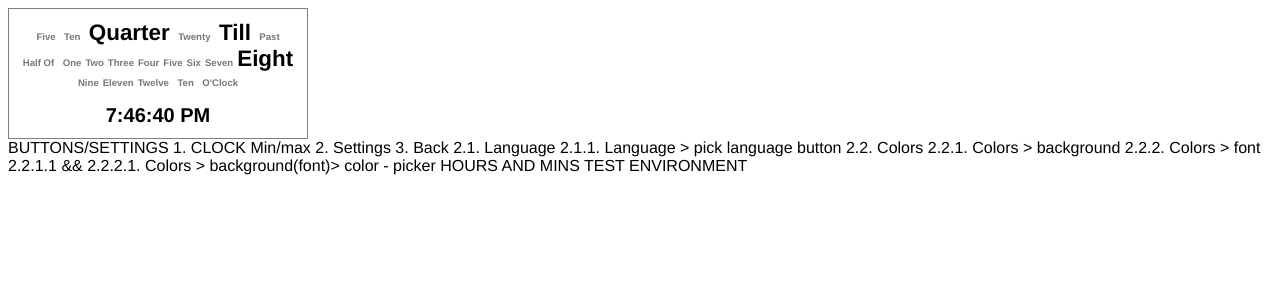
Repository: Skaidrius/WordClock
Page: index.html
The author's editor kept a record of every edit. The page is drawn from the files as they stood at one moment, then again after the next edit.
The browser window is 1280 px wide. The pictures show the whole page.
Some web libraries are served in a nearby version.

Above is the page before.

### index.html
<!DOCTYPE html>
<html>

<head>
    <meta charset="UTF-8">
    <title>Laikrodukas</title>
    <link type="text/css" rel="stylesheet" href="style.css"></link>
    <link type="text/css" rel="stylesheet" href="bower_components/ng-picky/src/style.css"></link>
</head>

<body ng-app="clockApp" ng-init="en=true; change=false">

    <div >
        <!--CLOCKS-->
        <!--clock english-->
        <clock-en ng-show='en'
            ng-click="  change=!change;
                        sets=false;
                        color=false;
                        picker=false;
                        lang=false"
            ng-init="   init();
                        timeEn.showClassName='active';
                        timeEn.hiddenClassName='passive';
                        change=false;
                        picker=false">
        </clock-en>
        <!--clock lithuanian-->
        <clock-lt ng-show="lt"
            ng-click="  change=!change;
                        sets=false;
                        color=false;
                        picker=false;
                        lang=false"
            ng-init="   init();
                        timeLt.showClassName='active';
                        timeLt.hiddenClassName='passive';
                        change=false;
                        picker=false">
        </clock-lt>
    </div>

    <!--<clock-buttons></clock-buttons>-->
    <div>
        BUTTONS/SETTINGS

        1. CLOCK Min/max
        <button ng-show="change">
            <span ng-show="lt" ng-click="timeLt.changeClass(); change=!change">Max/Min</span>
            <span ng-show="en" ng-click="timeEn.changeClass(); change=!change">Max/Min</span>
        </button>

        2. Settings
        <button ng-show="change" ng-init="en=true" ng-click="sets=!sets; color=false; lang=false; picker=false">
            <span ng-show="lt">Nustatymai</span>
            <span ng-show="en">Settings</span>
        </button>

        3. Back
        <button ng-show="change" ng-init="en=true" ng-click="change=!change; sets=false">
            <span ng-show="lt">Laikrodis</span>
            <span ng-show="en">ClockView</span>
        </button>

        2.1. Language
        <button ng-show="change && sets" ng-click="lang=!lang; color=false">
            <span ng-show="lt">Kalba</span>
            <span ng-show="en">Language</span>
        </button>

        2.1.1. Language > pick language button
        <button ng-show="change && sets && lang">
            <span ng-show="lt" ng-click="en=true; lt=false; change=!change">En</span>
            <span ng-show="en" ng-click="en=false; lt=true; change=!change">Lt</span>
        </button>

        2.2. Colors
        <button ng-show="change && sets" ng-click="color=!color; lang=false">
            <span ng-show="lt">Spalvos</span>
            <span ng-show="en">Color</span>
        </button>

        2.2.1. Colors > background
        <button ng-show="change && sets && color" ng-click="picker=!picker">
            <span ng-show="lt">Fonas</span>
            <span ng-show="en">Background</span>
        </button>

        2.2.2. Colors > font
        <button ng-show="change && sets && color" ng-click="picker=!picker">
            <span ng-show="lt">Raidės</span>
            <span ng-show="en">Font</span>
        </button>

        2.2.1.1 && 2.2.2.1. Colors > background(font)> color - picker
        <div ng-show="picker" class='preview' style='color:{{color | toHex}};'></div>
        <picker ng-show="picker" color='color'></picker>

        HOURS AND MINS TEST ENVIRONMENT
        <div ng-show="change" ng-init="currHours = '1'; currMins = '0'; currSecs = '0'">
            <button ng-init="show=false;" ng-click="show=!show">Test</button>
            <div ng-show="show" >
                <clock-lt-test></clock-lt-test>
                    <input type="number" ng-model="currHours">
                    <input type="number" ng-model="currMins">
            </div>
        </div>
    </div>

<script src="https://ajax.googleapis.com/ajax/libs/angularjs/1.3.12/angular.min.js"></script>
<script type="text/javascript" src="app.module.js"></script>
<script type="text/javascript" src="controllers/time-en-controller.js"></script>
<script type="text/javascript" src="controllers/time-lt-controller.js"></script>
<script type="text/javascript" src="controllers/time-lt-test-controller.js"></script>
<script type="text/javascript" src="directives/clock-en-directive.js"></script>
<script type="text/javascript" src="directives/clock-lt-directive.js"></script>
<script type="text/javascript" src="directives/clock-lt-test-directive.js"></script>
<script type="text/javascript" src="directives/clock-buttons-directive.js"></script>
<script type="text/javascript" src="services/change-class-factory.js"></script>
<script type="text/javascript" src="bower_components/ng-picky/src/ng-picky.js"></script>

</body>

</html>

### style.css
body {
    font-family: 'Helvetica Neue',sans-serif;
}

.clck-bgr {
    text-align: center;
    max-width: 300px;
}

ul {
    max-width: 512px;
    height: auto;
    border: 1px solid grey;
    padding: 0.7em;
    margin: 0px;

}
ul li    {
    list-style: none;
    display: inline-block;
    padding: 0 2px;
    font-weight: bold;
}

button, input {
	background: #fff;
	margin: 5px;
	padding:5px 10px;
	max-width: 110px;
	color:#623F1D;
	font-family:'Helvetica Neue',sans-serif;
	font-size:16px;
	border-radius:30px;
	-moz-border-radius:30px;
	-webkit-border-radius:30px;
	border:1px solid grey;
}

.active {
    color: #000;
    font-size: 1.4em}
.passive  {
    color: #777;
    font-size: 0.6em}

.visible {
    visibility: visible;
    margin-top: 0.3em;
    font-size: 2em}
.hidden {
    display: none;
    font-size: 0.6em}

.digital {
    font-size: 20px;
    border: none;
    margin-bottom: 0;
    padding-bottom: 0;
}

### app.module.js
angular
    .module('clockApp', ['ngPicky']);

### controllers/time-en-controller.js
(function () {

'use strict';

function TimeEnController ($interval, $filter) {

    var vm = this;

//timeen
    vm.init = $interval(function(){
        vm.input = new Date();
        vm.currHours = $filter('date')(vm.input, 'h');
        vm.currMins = $filter('date')(vm.input, 'mm');
        vm.currSecs = $filter('date')(vm.input, 'ss');
        vm.currAP = $filter('date')(vm.input, 'a');
        },100 );

//dataen
    vm.hoursArray = [ {value:   1,     name: "One" },
                        {value:   2,     name: "Two"    },
                        {value:   3,     name: "Three"  },
                        {value:   4,     name: "Four"   },
                        {value:   5,     name: "Five"   },
                        {value:   6,     name: "Six"    },
                        {value:   7,     name: "Seven"  },
                        {value:   8,     name: "Eight"  },
                        {value:   9,     name: "Nine"   },
                        {value:  11,     name: "Eleven" },
                        {value:  12,     name: "Twelve"    },
                        {value:  13,     name: "One"      } ];

    vm.tenHours = {value:  10,     name: "Ten"   };
    vm.five =   {value:  5,     name:  "Five"    };

    vm.till = "Till";
    vm.after = "Past";

    vm.ten = "Ten";
    vm.fifteen = "Quarter";
    vm.twenty = "Twenty";
    vm.half = "Half Of";
    vm.hour = "O'Clock";

//classes
    vm.changeClass = function(){
        if (vm.showClassName != "active"){
            vm.showClassName = "active";
            vm.hiddenClassName = "passive";
          } else {
            vm.showClassName = "visible";
            vm.hiddenClassName = "hidden";
          }
    };
}

angular
    .module('clockApp')
    .controller('TimeEnController', ['$interval', '$filter', TimeEnController]);
})();

### controllers/time-lt-controller.js
(function () {

'use strict';

function TimeLtController($interval, $filter){

    var vm = this;

//timelt
    vm.init = $interval(function(){
        vm.input = new Date();
        vm.currHours = $filter('date')(vm.input, 'HH');
        vm.currMins = $filter('date')(vm.input, 'mm');
        vm.currSecs = $filter('date')(vm.input, 'ss');
    },100 );

// datalt
    vm.hoursPastHalf= [ {value:   1,     name: "Pirma" },
                        {value:   2,     name: "Dvi"        },
                        {value:   3,     name: "Trys"       },
                        {value:   4,     name: "Keturios"   },
                        {value:   6,     name: "Šešios"     },
                        {value:   7,     name: "Septynios"  },
                        {value:   8,     name: "Aštuonios"  },
                        {value:   9,     name: "Devynios"   },
                        {value:  11,     name: "Vienuolika" },
                        {value:  12,     name: "Dvylika"    },
                        {value:  13,     name: "Pirma"      } ];

    vm.tenHours = {value:  10,     name: "Dešimt"   };
    vm.five =   {value:  5,     name:  "Penkios"    };

    vm.hoursPastZero = [ {value:  1,     name: "Pirmos"     },
                    {value:  2,     name: "Dviejų"      },
                    {value:  3,     name: "Trijų"       },
                    {value:  4,     name: "Keturių"     },
                    {value:  5,     name: "Penkių"      },
                    {value:  6,     name: "Šešių"       },
                    {value:  7,     name: "Septynių"    },
                    {value:  8,     name: "Aštuonių"    },
                    {value:  9,     name: "Devynių"     },
                    {value:  11,    name: "Vienuolikos" },
                    {value:  12,    name: "Dvylikos"    },
                    {value:  13,    name: "Pirmos"      }  ];

    vm.till = "Be";
    vm.after = "Po";

    vm.fivetill = "Penkių";
    vm.ten = "Dešimt";
    vm.quarter = "Penkiolikos";
    vm.fifteen = "Penkiolika";
    vm.twenty = "Dvidešimt";
    vm.half = "Pusė";
    vm.afterhalf = "Pusės";

    vm.hour = "Valanda";
    vm.hours = "Valandos";
    vm.morehour = "Valandų";

//classes
    vm.changeClass = function(){
        if (vm.showClassName != "active"){
            vm.showClassName = "active";
            vm.hiddenClassName = "passive";
          } else {
            vm.showClassName = "visible";
            vm.hiddenClassName = "hidden";
          }
    };
}

angular
    .module('clockApp')
    .controller('TimeLtController', ['$interval', '$filter', TimeLtController]);
})();

### controllers/time-lt-test-controller.js
(function () {

'use strict';

function TimeLtTestController() {

    var vm = this;
    //data
    vm.hoursPastHalf= [ {value:   1,     name: "Pirma" },
                    {value:   2,     name: "Dvi"        },
                    {value:   3,     name: "Trys"       },
                    {value:   4,     name: "Keturios"   },
                    {value:   6,     name: "Šešios"     },
                    {value:   7,     name: "Septynios"  },
                    {value:   8,     name: "Aštuonios"  },
                    {value:   9,     name: "Devynios"   },
                    {value:  11,     name: "Vienuolika" },
                    {value:  12,     name: "Dvylika"    },
                    {value:  13,     name: "Pirma"      } ];

    vm.tenHours = {value:  10,  name: "Dešimt"      };
    vm.five =   {value:  5,     name:  "Penkios"    };

    vm.hoursPastZero = [ {value:  1,     name: "Pirmos"     },
                    {value:  2,     name: "Dviejų"      },
                    {value:  3,     name: "Trijų"       },
                    {value:  4,     name: "Keturių"     },
                    {value:  5,     name: "Penkių"      },
                    {value:  6,     name: "Šešių"       },
                    {value:  7,     name: "Septynių"    },
                    {value:  8,     name: "Aštuonių"    },
                    {value:  9,     name: "Devynių"     },
                    {value:  11,    name: "Vienuolikos" },
                    {value:  12,    name: "Dvylikos"    },
                    {value:  13,    name: "Pirmos"      }  ];

    vm.till = "Be";
    vm.after = "Po";

    vm.fivetill = "Penkių";
    vm.ten = "Dešimt";
    vm.quarter = "Penkiolikos";
    vm.fifteen = "Penkiolika";
    vm.twenty = "Dvidešimt";
    vm.half = "Pusė";
    vm.afterhalf = "Pusės";

    vm.hour = "Valanda";
    vm.hours = "Valandos";
    vm.morehour = "Valandų";

    //classes
    vm.showClassName = 'active';
    vm.hiddenClassName = 'passive';

}

angular
    .module('clockApp')
    .controller('TimeLtTestController', TimeLtTestController);

})();

### directives/clock-en-directive.js
(function () {

'use strict';

function clockEn() {

    var directive = {
        restrict: 'E',
        templateUrl: 'directives/clock-en.html',
        controller: "TimeEnController",
        controllerAs: "timeEn"
    };
    return directive;
}

angular
    .module('clockApp')
    .directive('clockEn', clockEn);
})();

### directives/clock-lt-directive.js
(function () {

'use strict';

function clockLt() {

    var directive = {
        restrict: 'E',
        templateUrl: 'directives/clock-lt.html',
        controller: "TimeLtController",
        controllerAs: "timeLt"
    };
    return directive;
}

angular
    .module('clockApp')
    .directive('clockLt', clockLt);
})();

### directives/clock-lt-test-directive.js
(function () {

'use strict';

function testLt() {

    var directive = {
        restrict: 'E',
        templateUrl: 'directives/clock-lt-test.html',
        controller: "TimeLtTestController",
        controllerAs: "testLt"
    };
    return directive;

}

angular
    .module('clockApp')
    .directive('clockLtTest', testLt);

})();

### directives/clock-buttons-directive.js
(function () {

'use strict';

function clockButtons() {

    var directive = {
        restrict: 'E',
        templateURL: 'directives/clock-buttons.html'
    };
    return directive;
}

angular
    .module('clockApp')
    .directive('clockButtons', clockButtons);
})();

### directives/clock-en.html
<div class="clck-bgr">
<ul>
    <!--shows FIVE-->
    <li ng-class="timeEn.currMins < 10 && timeEn.five.value == timeEn.currHours ||
                    timeEn.currMins >=5 && timeEn.currMins < 10 ||
                    timeEn.currMins >= 35 && timeEn.currMins < 40 ||
                    timeEn.currMins >=25 && timeEn.currMins < 30 ||
                    timeEn.currMins >=  55 ?
                        timeEn.showClassName : timeEn.hiddenClassName">{{timeEn.five.name}}</li>

    <!--shows TEN                -->
    <li ng-class="timeEn.currMins >= 50 && timeEn.currMins < 55 ||
                    timeEn.currMins >=10 && timeEn.currMins < 15 ?
                        timeEn.showClassName : timeEn.hiddenClassName">{{timeEn.ten}}</li>

    <!--shows QUARTER                    -->
    <li ng-class="timeEn.currMins >= 15 && timeEn.currMins < 20 ||
                    timeEn.currMins >= 45 && timeEn.currMins < 50 ?
                        timeEn.showClassName : timeEn.hiddenClassName">{{timeEn.fifteen}}</li>

    <!--shows TWENTY                    -->
    <li ng-class="timeEn.currMins >= 40 && timeEn.currMins < 45 ||
                    timeEn.currMins >= 20 && timeEn.currMins < 25 ?
                        timeEn.showClassName : timeEn.hiddenClassName">{{timeEn.twenty}}</li>

    <!--shows TILL -->
    <li ng-class="timeEn.currMins >= 25 && timeEn.currMins < 30 ||
                    timeEn.currMins >= 40 ?
                        timeEn.showClassName : timeEn.hiddenClassName">{{timeEn.till}}</li>

    <!--shows PAST -->
    <li ng-class="timeEn.currMins >= 5 && timeEn.currMins < 25 ||
                    timeEn.currMins >= 35 && timeEn.currMins < 40 ?
                        timeEn.showClassName : timeEn.hiddenClassName">{{timeEn.after}}</li>

    <!--shows HALF OF -->
    <li ng-class="timeEn.currMins >= 25 && timeEn.currMins < 35 ||
                    timeEn.currMins >= 35 && timeEn.currMins < 40 ||
                    timeEn.currMins >= 35 && timeEn.currMins < 40 ?
                        timeEn.showClassName : timeEn.hiddenClassName">{{timeEn.half}}</li>

    <!--shows HOURS -->
    <li ng-show="item.value!= 13"
        ng-repeat="item in timeEn.hoursArray"
        ng-class="timeEn.currMins >= 40 && item.value-1 == timeEn.currHours ||
                    timeEn.currMins < 5 && item.value == timeEn.currHours ||
                    timeEn.currMins >= 5 && timeEn.currMins < 25 && item.value == timeEn.currHours ||
                    timeEn.currMins >= 25 && item.value-1 == timeEn.currHours ||
                    timeEn.currMins >= 25 && item.value == timeEn.currHours-11?
                        timeEn.showClassName : timeEn.hiddenClassName">{{item.name }}</li>

    <!--shows TEN HOUR -->
    <li ng-class="timeEn.currMins >= 0 && timeEn.currMins < 25 && timeEn.currHours == timeEn.tenHours.value ||
                    timeEn.currMins >= 25 && timeEn.tenHours.value-1 == timeEn.currHours?
                        timeEn.showClassName : timeEn.hiddenClassName">{{timeEn.tenHours.name}}</li>

    <!--shows O'CLOCK -->
    <li ng-class="timeEn.currMins < 5 ?
                        timeEn.showClassName : timeEn.hiddenClassName">{{timeEn.hour}}</li>

    <!--shows DIGITAL CLOCK + PM -->
    <ul class="digital">
        <li>{{timeEn.currHours}}:{{timeEn.currMins}}:{{timeEn.currSecs}} {{timeEn.currAP}}</li>
    </ul>

</ul>


</div>

### directives/clock-lt.html
<div class="clck-bgr">
<ul>
    <!--shows PO -->
    <li ng-class="timeLt.currMins >= 5 && timeLt.currMins < 25 ||
                    timeLt.currMins >= 35 && timeLt.currMins < 40 ?
                        timeLt.showClassName : timeLt.hiddenClassName">{{timeLt.after}}</li>

    <!--shows BE -->
    <li ng-class="timeLt.currMins >= 25 && timeLt.currMins < 30 ||
                    timeLt.currMins >= 40 ?
                        timeLt.showClassName : timeLt.hiddenClassName">{{timeLt.till}}</li>

    <!--shows PUSES -->
    <li ng-class="timeLt.currMins >= 35 && timeLt.currMins < 40 ?
                        timeLt.showClassName : timeLt.hiddenClassName ">{{timeLt.afterhalf}}</li>

    <!--shows PENKIU -->
    <li ng-class="timeLt.currMins >= 25 && timeLt.currMins < 30 ||
                    timeLt.currMins >=  55 ?
                        timeLt.showClassName : timeLt.hiddenClassName">{{timeLt.fivetill}}</li>

    <!--shows DESIMT -->
    <li ng-class="timeLt.currMins >= 50 && timeLt.currMins < 55 ||
                    timeLt.currMins >= 10 && timeLt.currMins < 15 && timeLt.currHours == timeLt.tenHours.value ||
                    timeLt.currMins >= 10 && timeLt.currMins < 15 && timeLt.currHours - 12 == timeLt.tenHours.value ?
                        timeLt.showClassName : timeLt.hiddenClassName">{{timeLt.ten}}</li>

    <!--shows PENKIOLIKOS -->
    <li ng-class="timeLt.currMins >= 45 && timeLt.currMins < 50 ?
                        timeLt.showClassName : timeLt.hiddenClassName">{{timeLt.quarter}}</li>

    <!--shows DVIDESIMT -->
    <li ng-class="timeLt.currMins >= 40 && timeLt.currMins < 45 ?
                        timeLt.showClassName : timeLt.hiddenClassName">{{timeLt.twenty}}</li>

    <!--shows PUSE -->
    <li ng-class="timeLt.currMins >= 25 && timeLt.currMins < 35 ?
                        timeLt.showClassName : timeLt.hiddenClassName">{{timeLt.half}}</li>

    <!--shows HOURS past half (hours + 1)-->
    <li ng-show="item.value!= 13"
        ng-repeat="item in timeLt.hoursPastHalf"
        ng-class="timeLt.currMins >= 40 && item.value-1 == timeLt.currHours ||
                    timeLt.currMins >= 40 && item.value-1 == timeLt.currHours-12 ||
                    timeLt.currMins < 5 && item.value == timeLt.currHours ||
                    timeLt.currMins < 5 && item.value == timeLt.currHours - 12?
                        timeLt.showClassName : timeLt.hiddenClassName">{{item.name }}</li>

    <!--shows HOURS past zero -->
    <li ng-show="item.value!= 13"
        ng-repeat="item in timeLt.hoursPastZero"
        ng-class="timeLt.currMins >= 5 && timeLt.currMins < 25 && item.value == timeLt.currHours ||
                    timeLt.currMins >= 5 && timeLt.currMins < 25 && item.value == timeLt.currHours -12 ||
                    timeLt.currMins >= 25 && timeLt.currMins < 40 && item.value-1 == timeLt.currHours ||
                    timeLt.currMins >= 25 && timeLt.currMins < 40 && item.value-1 == timeLt.currHours - 12 ?
                        timeLt.showClassName : timeLt.hiddenClassName">{{item.name }}</li>

    <!--shows DESIMT -->
    <li ng-class="timeLt.currMins > 9 && timeLt.currMins < 15 ||
                    timeLt.currHours == timeLt.tenHours.value && timeLt.currMins >= 0 && timeLt.currMins < 25 ||
                    timeLt.currHours - 12 == timeLt.tenHours.value && timeLt.currMins >= 0 && timeLt.currMins < 25 ||
                    timeLt.currMins >= 25 && timeLt.currMins < 60 && timeLt.tenHours.value-1 == timeLt.currHours ||
                    timeLt.currMins >= 25 && timeLt.currMins < 60 && timeLt.tenHours.value-1 == timeLt.currHours - 12 ?
                        timeLt.showClassName : timeLt.hiddenClassName">{{timeLt.tenHours.name}}</li>
    <!--shows PENKIOS -->
    <li ng-class="timeLt.currMins < 10 && timeLt.five.value == timeLt.currHours ||
                    timeLt.currMins < 10 && timeLt.five.value == timeLt.currHours - 12 ||
                    timeLt.currMins > 35 && timeLt.five.value-1 == timeLt.currHours ||
                    timeLt.currMins > 35 && timeLt.five.value-1 == timeLt.currHours - 12 ||
                    timeLt.currMins >=5 && timeLt.currMins < 10 ||
                    timeLt.currMins >= 35 && timeLt.currMins < 40 ?
                        timeLt.showClassName : timeLt.hiddenClassName">{{timeLt.five.name}}</li>

    <!--shows PENKIOLIKA -->
    <li ng-class="timeLt.currMins >= 15 && timeLt.currMins < 20 ?
                        timeLt.showClassName : timeLt.hiddenClassName">{{timeLt.fifteen}}</li>

    <!--shows DVIDESIMT -->
    <li ng-class="timeLt.currMins >= 20 && timeLt.currMins < 25 ?
                        timeLt.showClassName : timeLt.hiddenClassName">{{timeLt.twenty}}</li>

    <!--shows VALANDA -->
    <li ng-class="timeLt.currMins < 5 && timeLt.currHours == 1 ||
                    timeLt.currMins < 5 && timeLt.currHours - 12 == 1 ?
                        timeLt.showClassName : timeLt.hiddenClassName">{{timeLt.hour}}</li>

    <!--shows VALANDOS -->
    <li ng-class="timeLt.currMins < 5 && timeLt.currHours > 1 && timeLt.currHours <= 9 ||
                    timeLt.currMins < 5 && timeLt.currHours > 13 && timeLt.currHours <= 21 ?
                        timeLt.showClassName : timeLt.hiddenClassName">{{timeLt.hours}}</li>

    <!--shows VALANDU -->
    <li ng-class="timeLt.currMins < 5 && timeLt.currHours > 9 && timeLt.currHours < 13 ||
                    timeLt.currMins < 5 && timeLt.currHours > 21 ?
                        timeLt.showClassName : timeLt.hiddenClassName">{{timeLt.morehour}}</li>

    <!--shows DIGITAL CLOCK -->
    <ul class="digital">
        <li>{{timeLt.currHours}}:{{timeLt.currMins}}:{{timeLt.currSecs}}</li>
    </ul>
</ul>
</div>

### directives/clock-lt-test.html
<div class="clck-bgr">
<ul>
    <li ng-class="currMins >= 5 && currMins < 25 ||
                    currMins >= 35 && currMins < 40 ?
                        testLt.showClassName : testLt.hiddenClassName">{{testLt.after}}</li>

    <li ng-class="currMins >= 25 && currMins < 30 ||
                    currMins >= 40 ?
                        testLt.showClassName : testLt.hiddenClassName">{{testLt.till}}</li>

    <li ng-class="currMins >= 35 && currMins < 40 ?
                        testLt.showClassName : testLt.hiddenClassName ">{{testLt.afterhalf}}</li>

    <li ng-class="currMins >= 25 && currMins < 30 ||
                    currMins >=  55 ?
                        testLt.showClassName : testLt.hiddenClassName">{{testLt.fivetill}}</li>

    <li ng-class="currMins >= 50 && currMins < 55 ||
                    currMins >= 10 && currMins < 15 && currHours == testLt.tenHours.value ||
                    currMins >= 10 && currMins < 15 && currHours - 12 == testLt.tenHours.value ?
                        testLt.showClassName : testLt.hiddenClassName">{{testLt.ten}}</li>

    <li ng-class="currMins >= 45 && currMins < 50 ?
                        testLt.showClassName : testLt.hiddenClassName">{{testLt.quarter}}</li>

    <li ng-class="currMins >= 40 && currMins < 45 ?
                        testLt.showClassName : testLt.hiddenClassName">{{testLt.twenty}}</li>

    <li ng-class="currMins >= 25 && currMins < 35 ?
                        testLt.showClassName : testLt.hiddenClassName">{{testLt.half}}</li>

    <li ng-show="item.value!= 13"
        ng-repeat="item in testLt.hoursPastHalf"
        ng-class="currMins >= 40 && item.value-1 == currHours ||
                    currMins >= 40 && item.value-1 == currHours-12 ||
                    currMins < 5 && item.value == currHours ||
                    currMins < 5 && item.value == currHours - 12?
                        testLt.showClassName : testLt.hiddenClassName">{{item.name }}</li>

    <li ng-show="item.value!= 13"
        ng-repeat="item in testLt.hoursPastZero"
        ng-class="currMins >= 5 && currMins < 25 && item.value == currHours ||
                    currMins >= 5 && currMins < 25 && item.value == currHours -12 ||
                    currMins >= 25 && currMins < 40 && item.value-1 == currHours ||
                    currMins >= 25 && currMins < 40 && item.value-1 == currHours - 12 ?
                        testLt.showClassName : testLt.hiddenClassName">{{item.name }}</li>

    <li ng-class="currMins > 9 && currMins < 15 ||
                    currHours == testLt.tenHours.value && currMins >= 0 && currMins < 25 ||
                    currHours - 12 == testLt.tenHours.value && currMins >= 0 && currMins < 25 ||
                    currMins >= 25 && currMins < 60 && testLt.tenHours.value-1 == currHours ||
                    currMins >= 25 && currMins < 60 && testLt.tenHours.value-1 == currHours - 12 ?
                        testLt.showClassName : testLt.hiddenClassName">{{testLt.tenHours.name}}</li>

    <li ng-class="currMins < 10 && testLt.five.value == currHours ||
                    currMins < 10 && testLt.five.value == currHours - 12 ||
                    currMins > 35 && testLt.five.value-1 == currHours ||
                    currMins > 35 && testLt.five.value-1 == currHours - 12 ||
                    currMins >=5 && currMins < 10 ||
                    currMins >= 35 && currMins < 40 ?
                        testLt.showClassName : testLt.hiddenClassName">{{testLt.five.name}}</li>

    <li ng-class="currMins >= 15 && currMins < 20 ?
                        testLt.showClassName : testLt.hiddenClassName">{{testLt.fifteen}}</li>

    <li ng-class="currMins >= 20 && currMins < 25 ?
                        testLt.showClassName : testLt.hiddenClassName">{{testLt.twenty}}</li>

    <li ng-class="currMins < 5 && currHours == 1 ||
                    currMins < 5 && currHours - 12 == 1 ?
                        testLt.showClassName : testLt.hiddenClassName">{{testLt.hour}}</li>

    <li ng-class="currMins < 5 && currHours > 1 && currHours <= 9 ||
                    currMins < 5 && currHours > 13 && currHours <= 21 ?
                        testLt.showClassName : testLt.hiddenClassName">{{testLt.hours}}</li>

    <li ng-class="currMins < 5 && currHours > 9 && currHours < 13 ||
                    currMins < 5 && currHours > 21 ?
                        testLt.showClassName : testLt.hiddenClassName">{{testLt.morehour}}</li>

    <ul class="digital">
        <li>{{currHours}}:{{currMins}}:{{currSecs}}</li>
    </ul>
</ul>
</div>

Loaded but not shown: bower_components/ng-picky/src/ng-picky.js (library); services/change-class-factory.js (no copy from this time; the picture is the same without it)

After the next edit:
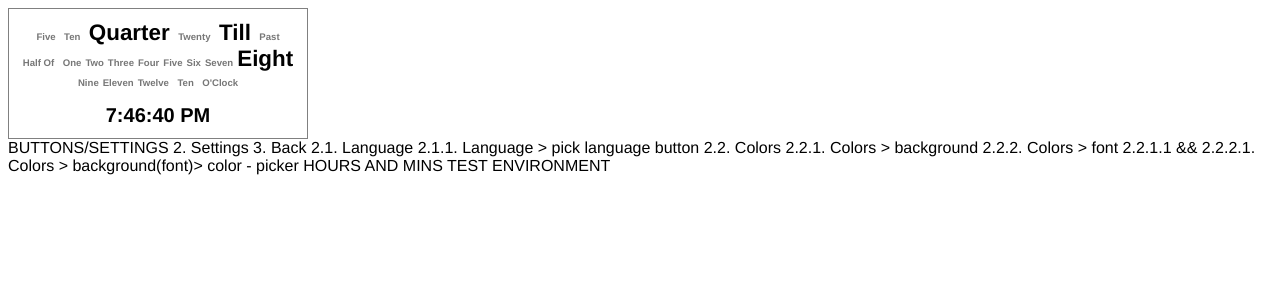
The edit:
--- a/index.html
+++ b/index.html
@@ -44,7 +44,7 @@
     <div>
         BUTTONS/SETTINGS
 
-        1. CLOCK Min/max
+        <!--1. CLOCK Min/max-->
         <button ng-show="change">
             <span ng-show="lt" ng-click="timeLt.changeClass(); change=!change">Max/Min</span>
             <span ng-show="en" ng-click="timeEn.changeClass(); change=!change">Max/Min</span>
